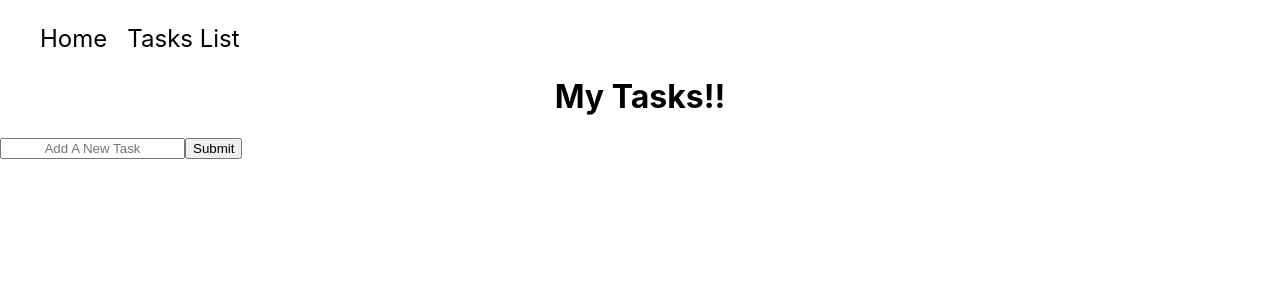
Repository: runner855/abstract_todolist
Page: /, after clicking the first element matching `button`
The author's editor kept a copy of each file at every save. The page is drawn from the files as they stood at one save, then again after the next save.
The browser window is 1280 px wide. The pictures show the whole page.
The project was rebuilt for these pictures with package versions that can differ from the ones it lists, and the page was loaded fresh each time.

Above is the page before, as saved 2022-11-08 15:36:20.

### src/App.tsx
import React from "react";
import { Header } from "./Header";
import "./App.css";

export const App = () => {
  return (
    <div className="App">
      <Header />
      <h1>My Tasks!!</h1>
      <div className="textbox">
        <input type="text" placeholder="Add A New Task"></input>
        <button onClick={() => console.log("clicked")}>Submit</button>
      </div>
    </div>
  );
};

### src/Header.tsx
import * as React from "react";
import "./Header.css";

export const Header = () => {
  return (
    <div className="home">
      <ul>
        <li>Home</li>
        <li>Tasks List</li>
      </ul>
    </div>
  );
};

### src/App.css
h1{
  text-align: center;
}

input {
  text-align: center;
}

### src/Header.css
ul{
   text-align: left;
   list-style: none;
   font-size: 1.5em;
   display: flex;

}
ul li {
    margin-right: 20px;
}

Loaded but not shown: public/index.html (common file); src/index.tsx (common file); src/index.css (common file)

After the next save:
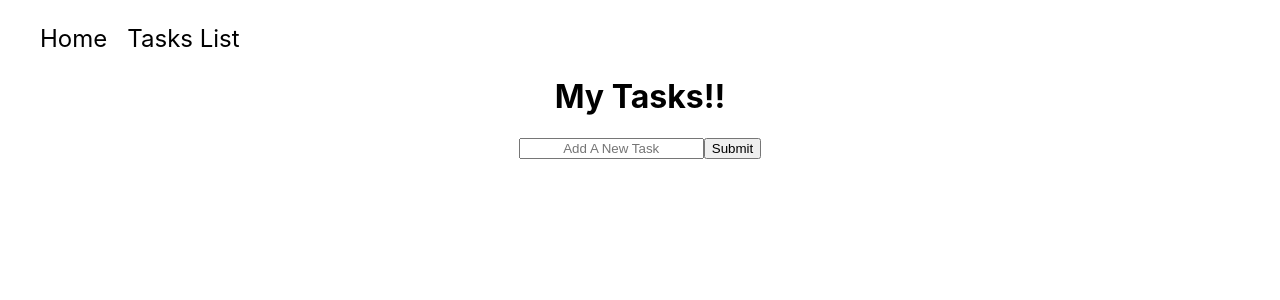
Saved 30 s later.
--- a/src/App.css
+++ b/src/App.css
@@ -5,3 +5,7 @@ h1{
 input {
   text-align: center;
 }
+
+.textbox{
+  text-align: center;
+}
